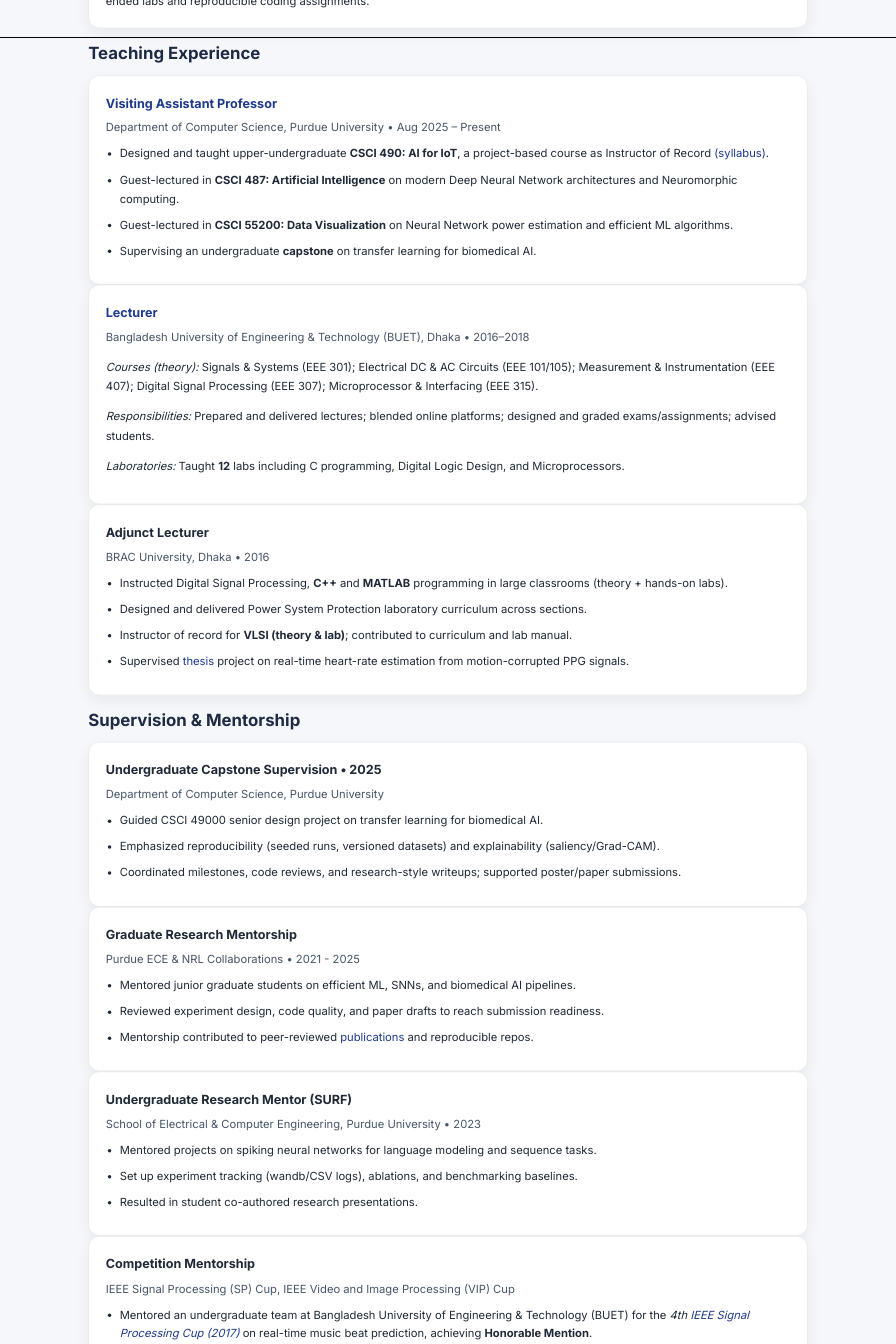
Repository: SayeedChowdhury/SayeedChowdhury.github.io
Page: teaching.html
These files come from the project's save history. The page is drawn as it stood at one moment and after the next save; the edit follows.
The browser window is 1280 px wide. The pictures show the part of the page from y = 311 to 2231 px (the page is 3248 px tall before and 3285 px after), at 70% of full size.

Above is the page before, as saved 2025-09-23 15:16:07.

### teaching.html
<!doctype html>
<html lang="en">
<head>
  <meta charset="utf-8">
  <meta name="viewport" content="width=device-width, initial-scale=1">
  <title>Teaching & Mentorship • Sayeed S. Chowdhury</title>
  <link rel="preconnect" href="https://fonts.googleapis.com">
  <link rel="preconnect" href="https://fonts.gstatic.com" crossorigin>
  <link href="https://fonts.googleapis.com/css2?family=Inter:wght@400;600;700&display=swap" rel="stylesheet">
  <link rel="stylesheet" href="assets/style.css">
</head>
<body>
<div class="nav">
  <div class="inner container">
    <div class="brand"><span class="dot"></span> <a href="index.html" style="text-decoration:none;color:inherit;">Sayeed S. Chowdhury</a></div>
    <div style="margin-left:auto; display:flex; gap:6px; flex-wrap:wrap">
      <a href="index.html" class="">Home</a>
      <a href="edu-exp.html" class="">Education & Research</a>
      <a href="teaching.html" class="active">Teaching & Mentorship</a>
      <!-- <a href="research.html" class="">Research</a> -->
      <a href="publications.html" class="">Publications</a>
      <a href="awards.html" class="">Grants and Awards</a>
      <a href="contact.html" class="">Contact</a>
    </div>
  </div>
</div>
<div class="container">

  <section class="section">
    <h2>Teaching Philosophy</h2>
    <div class="card">
      <p style="margin:0">
        I create an inclusive, student-centered classroom that blends Socratic questioning with project-based learning.
        My goals are to build strong fundamentals, develop students’ ability to reason from first principles, and connect
        theory to practice through open-ended labs and reproducible coding assignments.
      </p>
    </div>

    <h2>Teaching Experience</h2>

    <!-- Purdue — Visiting Assistant Professor -->
    <div class="card">
      <h3><a href="https://www.cs.purdue.edu/people/faculty/chowdh23.html" target="_blank" rel="noopener">Visiting Assistant Professor</a></h3>
      <div class="lead">Department of Computer Science, Purdue University • Aug&nbsp;2025 – Present</div>
      <ul class="list">
        <li>Designed and taught upper-undergraduate <strong>CSCI 490: AI for IoT</strong>, a project-based course as Instructor of Record <a href="assets/AIoT-syllabus.pdf" target="_blank" rel="noopener">(syllabus)</a>.</li>
        <li>Guest-lectured in <strong>CSCI 487: Artificial Intelligence</strong> on modern Deep Neural Network architectures and Neuromorphic computing.</li>
        <li>Guest-lectured in <strong>CSCI 55200: Data Visualization</strong> on Neural Network power estimation and efficient ML algorithms.</li>
        <li>Supervising an undergraduate <strong>capstone</strong> on transfer learning for biomedical AI.</li>
        <!-- <li>Scheduled to teach CSCI 481: Data Mining in Spring 2026.</li> -->
      </ul>
    </div>

    <!-- BUET -->
    <div class="card">
      <h3><a href="https://sayeed.buet.ac.bd/" target="_blank" rel="noopener">Lecturer</a></h3>
      <div class="lead">Bangladesh University of Engineering &amp; Technology (BUET)</a>, Dhaka • 2016–2018</div>
      <p><em>Courses (theory):</em> Signals &amp; Systems (EEE 301); Electrical DC &amp; AC Circuits (EEE 101/105);
        Measurement &amp; Instrumentation (EEE 407); Digital Signal Processing (EEE 307);
        Microprocessor &amp; Interfacing (EEE 315).</p>
      <p><em>Responsibilities:</em> Prepared and delivered lectures; blended online platforms; designed and graded
        exams/assignments; advised students.</p>
      <p><em>Laboratories:</em> Taught <strong>12</strong> labs including C programming, Digital Logic Design, and Microprocessors.</p>
    </div>

    <!-- BRAC University -->
    <div class="card">
      <h3>Adjunct Lecturer</h3>
      <div class="lead">BRAC University, Dhaka • 2016</div>
      <ul class="list">
        <li>Instructed Digital Signal Processing, <strong>C++</strong> and <strong>MATLAB</strong> programming in large classrooms (theory + hands-on labs).</li>
        <li>Designed and delivered Power System Protection laboratory curriculum across sections.</li>
        <li>Instructor of record for <strong>VLSI (theory &amp; lab)</strong>; contributed to curriculum and lab manual.</li>
        <li>Supervised <a href="https://dspace.bracu.ac.bd/xmlui/handle/10361/8610?show=full" target="_blank" rel="noopener">thesis</a> project on real-time heart-rate estimation from motion-corrupted PPG signals.</li>
      </ul>
    </div>

    <h2>Supervision &amp; Mentorship</h2>

    <!-- Undergraduate Capstone -->
    <div class="card">
      <h3>Undergraduate Capstone Supervision • 2025</h3>
      <div class="lead">Department of Computer Science, Purdue University</div>
      <ul class="list">
        <li>Guided CSCI 49000 senior design project on transfer learning for biomedical AI.</li>
        <li>Emphasized reproducibility (seeded runs, versioned datasets) and explainability (saliency/Grad-CAM).</li>
        <li>Coordinated milestones, code reviews, and research-style writeups; supported poster/paper submissions.</li>
      </ul>
    </div>

    <!-- Graduate Mentorship -->
    <div class="card">
      <h3>Graduate Research Mentorship</h3>
      <div class="lead">Purdue ECE &amp; NRL Collaborations • 2021 - 2025</div>
      <ul class="list">
        <li>Mentored junior graduate students on efficient ML, SNNs, and biomedical AI pipelines.</li>
        <li>Reviewed experiment design, code quality, and paper drafts to reach submission readiness.</li>
        <li>Mentorship contributed to peer-reviewed <a href=" https://ieeexplore.ieee.org/abstract/document/11078244" target="_blank" rel="noopener">publications</a> and reproducible repos.</li>
      </ul>
    </div>

    <!-- SURF Projects -->
    <div class="card">
      <h3>Undergraduate Research Mentor (SURF)</h3>
      <div class="lead">School of Electrical &amp; Computer Engineering, Purdue University • 2023</div>
      <ul class="list">
        <li>Mentored projects on spiking neural networks for language modeling and sequence tasks.</li>
        <li>Set up experiment tracking (wandb/CSV logs), ablations, and benchmarking baselines.</li>
        <li>Resulted in student co-authored research presentations.</li>
      </ul>
    </div>


    <!-- Competitions -->

<div class="card">
  <h3>Competition Mentorship</h3>
  <div class="lead">IEEE Signal Processing (SP) Cup, IEEE Video and Image Processing (VIP) Cup</div>
  <ul class="list">
    <li>
      Mentored an undergraduate team at Bangladesh University of Engineering &amp; Technology (BUET)
      for the <em>4th <a href="https://ieeexplore.ieee.org/document/7974869" target="_blank" rel="noopener">IEEE Signal Processing Cup (2017)</a></em> on real-time music beat prediction, achieving
      <strong>Honorable Mention</strong>.
    </li>
    <li>
      Guided a BUET student team in the <em>1st <a href="https://ieeexplore.ieee.org/stamp/stamp.jsp?arnumber=8310690" target="_blank" rel="noopener">IEEE Video and Image Processing Cup</a></em> to develop a traffic
      sign detection system for self-driving cars, securing <strong>3rd place worldwide</strong>.
    </li>
    <li>
      Supervised an undergraduate team at Ahsanullah University of Science and Technology (AUST)
      for the <em>7th <a href="https://arxiv.org/pdf/2007.10812" target="_blank" rel="noopener">IEEE Signal Processing Cup (2020)</a></em> on anomaly detection in an unsupervised surveillance
      setting, ranking <strong>8th place worldwide</strong>.
    </li>
  </ul>

  <!-- Competition Images with Captions -->
  <div style="display: flex; flex-wrap: wrap; gap: 10px; margin-top: 15px;">
    <figure style="flex: 1; min-width: 280px; text-align: center;">
      <img src="images/competition1.png" alt="IEEE VIP Cup 2017 Team and Competition" style="max-width: 100%; border-radius: 8px;">
      <figcaption style="font-size: 0.9em; color: #555; margin-top: 5px;">
        IEEE VIP Cup 2017 — BUET Team &amp; On-site Competition
      </figcaption>
    </figure>
    <figure style="flex: 1; min-width: 280px; text-align: center;">
      <img src="images/competition2.png" alt="IEEE SPC 2017 Team and Project Display" style="max-width: 100%; border-radius: 8px;">
      <figcaption style="font-size: 0.9em; color: #555; margin-top: 5px;">
        IEEE Signal Processing Cup 2017 — BUET Team &amp; Project Showcase
      </figcaption>
    </figure>
  </div>
</div>



      <!-- Undergraduate Capstone -->
    <div class="card">
      <h3>Undergraduate Thesis Supervision </h3>
      <div class="lead">Department of EEE, BRAC University • 2017</div>
      <ul class="list">
        <li>Supervised <a href="https://dspace.bracu.ac.bd/xmlui/handle/10361/8610?show=full" target="_blank" rel="noopener">thesis</a> project on real-time heart-rate estimation from motion-corrupted PPG signals, guiding research design, algorithm selection, and ethical compliance.</li>
        <li>Mentored students in refining research questions, coding best practices, version control, and reproducible experiment pipelines, with regular progress reviews and milestone tracking.</li>
        <li>Provided detailed feedback on technical writing, presentation skills, and defense preparation, ensuring readiness for academic and industry audiences.</li>
        </ul>
    </div>
</div>

  </section>

</div>
<div class="footer">© 2025 Sayeed Shafayet Chowdhury • Built with GitHub Pages</div>
</body>
</html>

### assets/style.css
/* ================================
   Sayeed S. Chowdhury — style.css
   Mild light theme (no top halo)
   ================================ */

   :root{
    --bg:#f6f7fb;          /* mild light (not white) */
    --panel:#ffffff;       /* card surface */
    --panel-2:#f1f5fb;     /* subtle secondary surface */
    --ink:#1f2937;         /* main text (slate-800) */
    --muted:#475569;       /* secondary text (slate-600) */
    --navy:#1e3a8a;        /* accent for nav/links (blue-900) */
    --gold:#b58500;        /* optional accent */
    --border:#e5e7eb;      /* card/nav borders */
    --shadow:0 8px 22px rgba(0,0,0,.06);
    --radius:16px;
  }

  /* Base */
  *{ box-sizing:border-box }
  html,body{ height:100% }
  body{
    margin:0;
    color:var(--ink);
    background:var(--bg); /* removed radial gradients/halo */
    font:16px/1.7 "Inter", system-ui, -apple-system, Segoe UI, Roboto, Helvetica, Arial;
    -webkit-font-smoothing:antialiased;
    text-rendering:optimizeLegibility;
  }

  .container{ max-width:1100px; margin:0 auto; padding:24px }

  /* Top Nav */
  .nav{
    position:sticky; top:0; z-index:10;
    background:#f9fafb;                      /* solid so it’s visible */
    backdrop-filter:saturate(140%) blur(6px);
    border-bottom:1px solid var(--border);
    box-shadow:0 6px 14px rgba(0,0,0,.04);
  }
  .nav .inner{ display:flex; align-items:center; gap:16px; padding:12px 24px; }
  .nav .brand{ display:flex; align-items:center; gap:10px; font-weight:700; color:var(--ink) }
  .nav .brand .dot{ width:10px; height:10px; border-radius:50%; background:linear-gradient(45deg,#2563eb,#60a5fa); box-shadow:0 0 8px rgba(37,99,235,.5) }
  .nav a{
    color:#334155;                            /* slate-700: readable */
    text-decoration:none;
    padding:8px 12px;
    border-radius:10px;
  }
  .nav a:hover{
    color:var(--navy);
    background:#e6edf7;                       /* gentle hover pill */
  }
  .nav a.active{
    color:var(--navy);
    background:#dbeafe;                       /* visible active pill */
    font-weight:600;
  }
  .nav a:focus-visible{ outline:2px solid #93c5fd; outline-offset:2px }

  /* Hero & Layout */
  .hero{
    display:grid; grid-template-columns:1.1fr .9fr; gap:28px; align-items:stretch;
    padding:48px 24px 12px;
  }
  .row{ display:flex; gap:18px; flex-wrap:wrap; align-items:center }

  /* Cards */
  .card{
    background:var(--panel);
    border:1px solid var(--border);
    border-radius:var(--radius);
    box-shadow:var(--shadow);
    padding:24px;
  }
  .cards{ display:grid; grid-template-columns:repeat(12,1fr); gap:20px; margin-top:18px }
  .card.grid-12{ grid-column:span 12 }
  .card.grid-6{ grid-column:span 6 }
  .card.grid-4{ grid-column:span 4 }

  /* Typography */
  h1{ font-size:32px; margin:0 0 6px }         /* smaller homepage name */
  h2{ font-size:24px; margin:16px 0 10px; color:#1f2a44 }
  h3{ font-size:18px; margin:0 0 6px }
  .lead{ color:var(--muted); font-size:16px }
  .kicker{ color:var(--gold); font-weight:700; letter-spacing:.4px; text-transform:uppercase; font-size:12px }
  .page-title{ margin:8px 0 16px }
  .page-title h1{ font-size:46px; letter-spacing:.4px; margin:0; color:#1f2a44 }

  /* Lists */
  .list{ padding-left:20px; margin:0 }
  .list li{ margin:10px 0 }

  /* Headshot */
  .headshot{
    width:160px; height:160px; border-radius:50%; object-fit:cover;
    border:3px solid #eef2ff; box-shadow:0 4px 14px rgba(0,0,0,.06)
  }

  /* Badges & Pills */
  .badges{ display:flex; flex-wrap:wrap; gap:10px; margin-top:14px }
  .badge{
    background:#f1f5fb; border:1px solid #dbe4f2; color:#2b4a6a;
    padding:6px 10px; border-radius:999px; font-size:13px
  }
  .pill{
    display:inline-block; padding:5px 10px; border:1px solid var(--border);
    border-radius:999px; font-size:12px; color:var(--muted); margin-right:8px
  }

  /* Buttons */
  .cta{ display:flex; gap:12px; flex-wrap:wrap; margin-top:12px }
  .button{
    display:inline-flex; align-items:center; gap:10px;
    padding:12px 16px; border-radius:12px;
    border:1px solid #c7d2fe; background:#eef2ff; color:#1f2937;
    text-decoration:none; font-weight:600;
  }
  .button:hover{ background:#e0e7ff }
  .button.secondary{ background:#ffffff; border:1px solid #e4e8ef }

  /* Links (site-wide) */
  a{ color:#1e3a8a; text-decoration:none }
  a:hover{ color:#0f2a6e; text-decoration:underline }
  a:visited{ color:#1e3a8a } /* avoid purple on visited */

  /* Sections */
  .section{ padding:12px }
  .section .title{ display:flex; align-items:center; justify-content:space-between }

  /* Footer (visible on light) */
  .footer{
    background:#f9fafb;
    color:#475569;
    border-top:1px solid var(--border);
    text-align:center;
    padding:20px;
    margin-top:40px;
  }

  /* Forms (if any) */
  input, textarea, select{
    background:#fff; color:var(--ink); border:1px solid var(--border);
    border-radius:10px; padding:10px 12px
  }
  input:focus, textarea:focus, select:focus{
    outline:2px solid #93c5fd; outline-offset:2px
  }

  /* Responsive */
  @media (max-width: 900px){
    .hero{ grid-template-columns:1fr }
    .card.grid-6, .card.grid-4{ grid-column:span 12 }
  }

  /* Print */
  @media print{
    .nav, .footer, .cta{ display:none }
    body{ background:#ffffff; color:#111 }
    .card{ box-shadow:none; border-color:#ddd }
  }

After the next save:
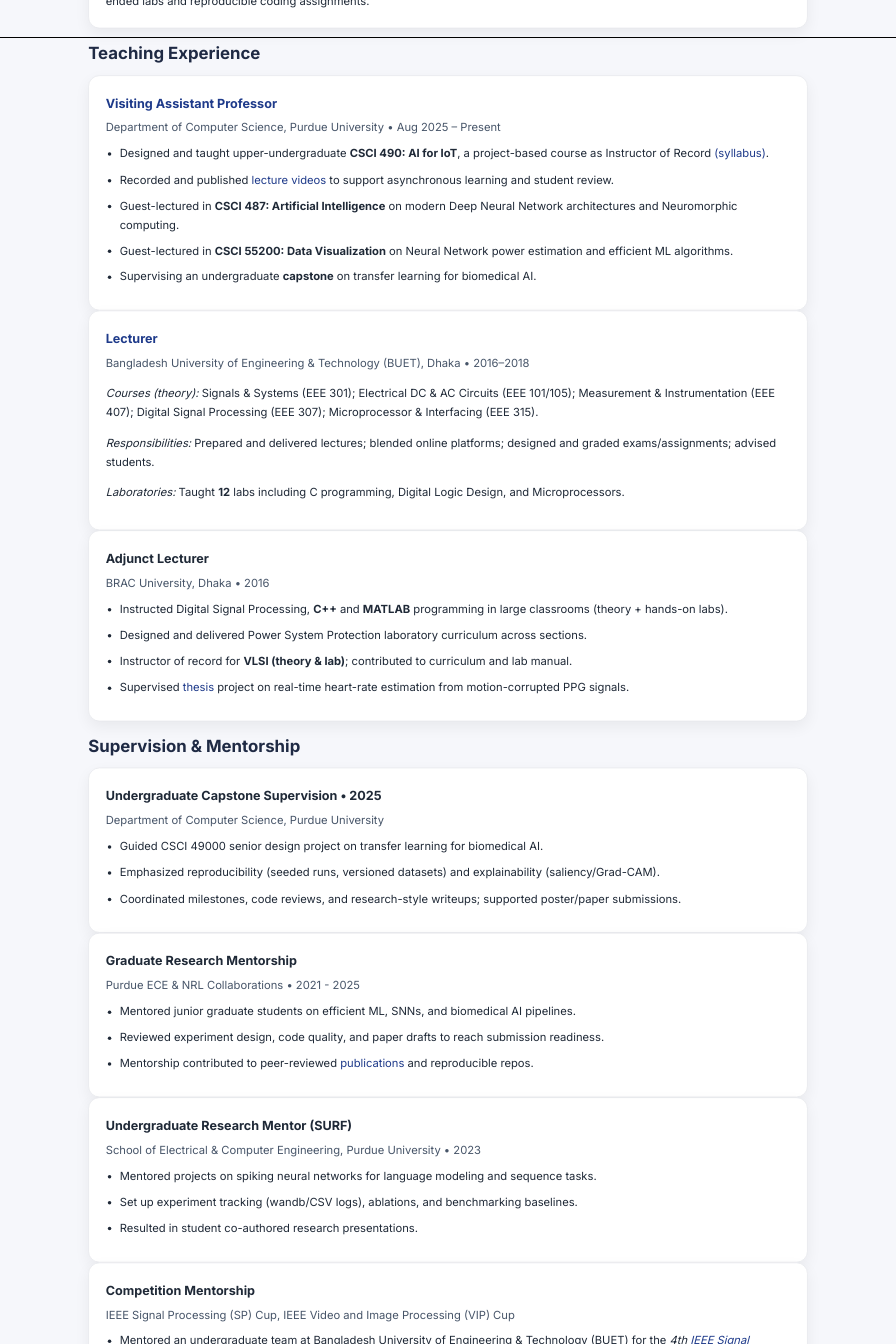
Saved 11 days later.
--- a/teaching.html
+++ b/teaching.html
@@ -44,6 +44,7 @@
       <div class="lead">Department of Computer Science, Purdue University • Aug&nbsp;2025 – Present</div>
       <ul class="list">
         <li>Designed and taught upper-undergraduate <strong>CSCI 490: AI for IoT</strong>, a project-based course as Instructor of Record <a href="assets/AIoT-syllabus.pdf" target="_blank" rel="noopener">(syllabus)</a>.</li>
+        <li>Recorded and published <a href="https://www.youtube.com/playlist?list=PLdlcJyhBPNa7e0uwDYIyAAcX99XuqfS2C" target="_blank" rel="noopener">lecture videos</a> to support asynchronous learning and student review.</li>
         <li>Guest-lectured in <strong>CSCI 487: Artificial Intelligence</strong> on modern Deep Neural Network architectures and Neuromorphic computing.</li>
         <li>Guest-lectured in <strong>CSCI 55200: Data Visualization</strong> on Neural Network power estimation and efficient ML algorithms.</li>
         <li>Supervising an undergraduate <strong>capstone</strong> on transfer learning for biomedical AI.</li>
